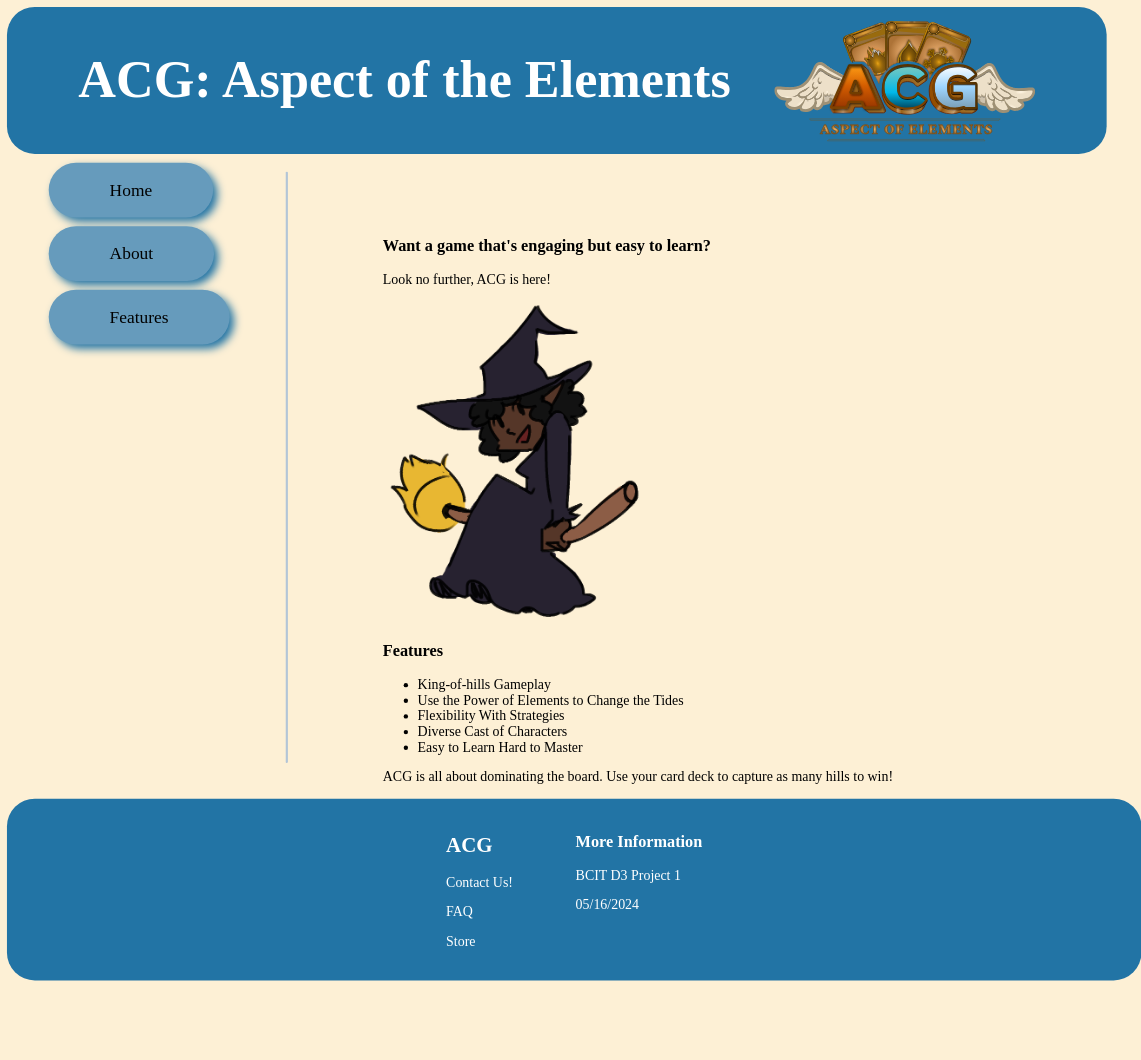
Repository: Delukalgh/ACG
Page: Features.html
An editor plug-in stored every save of this project. The page is shown before and after the next save, followed by the edit.
The browser window is 1280 px wide. The page is 1312 px wide, so the pictures cover 1312 px, including what lies to the right of the window. The pictures show the whole page, at 87% of full size.

Above is the page before, as saved 2024-05-15 15:54:00.

After the next save:
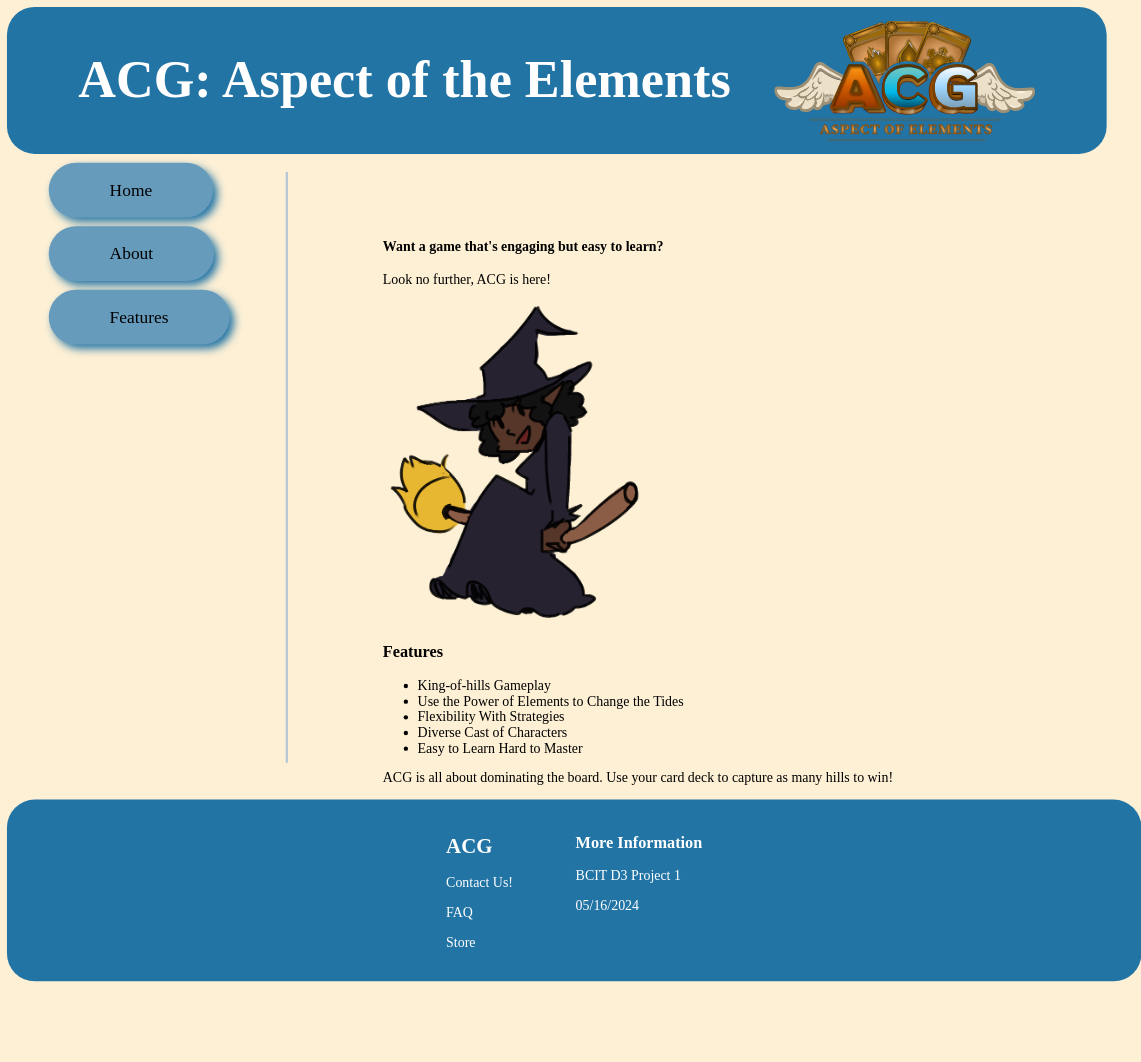
Saved 2 min 20 s later.
--- a/Features.html
+++ b/Features.html
@@ -40,7 +40,7 @@
     <!--Content-->
     <div class="features-container">
       <div class="content">
-        <h3>Want a game that's engaging but easy to learn?</h3>
+        <h4>Want a game that's engaging but easy to learn?</h4>
         <p>Look no further, ACG is here!</p>
         <img src="images/IllustrationWitchGirl.png" width="300px"/>
 
